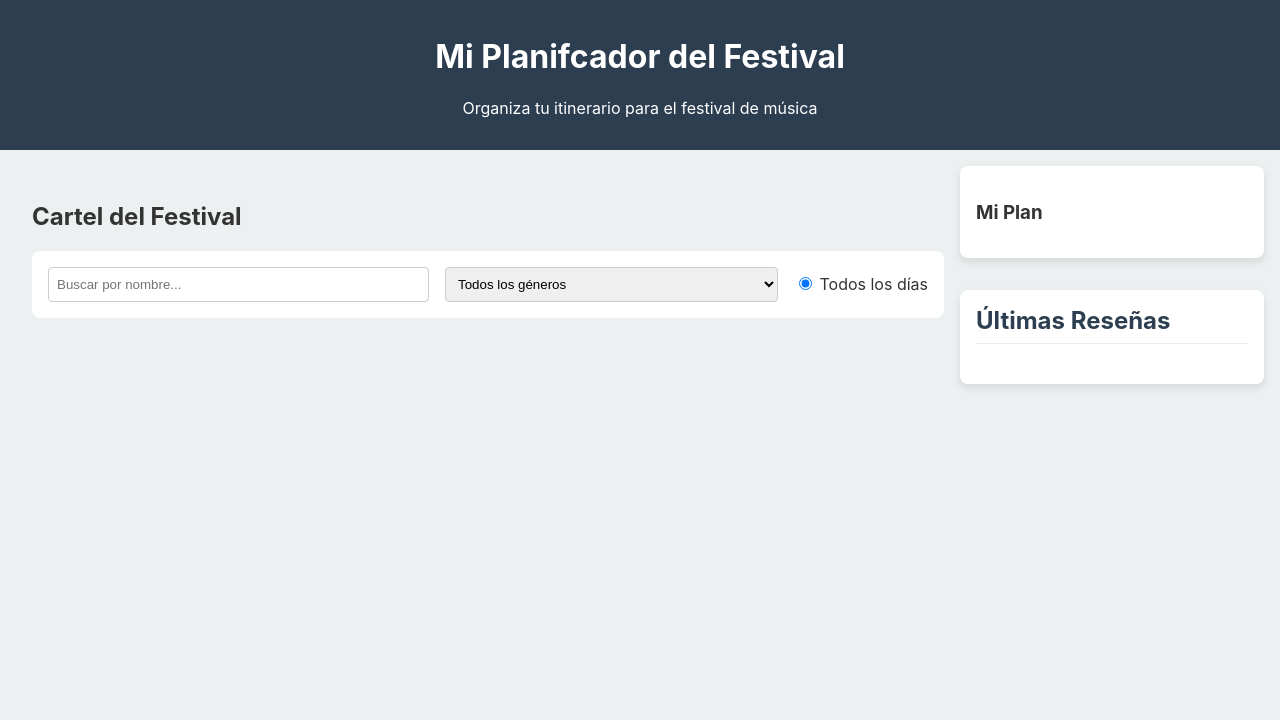
Repository: covaa15/DWEC
Page: Examen12_12_2025/index.html
The author's editor kept a copy of each file at every save. The page is drawn from the files as they stood at one save, then again after the next save.
The browser window is 1280 px wide. The pictures show the whole page.

Above is the page before, as saved 2025-12-12 11:24:31.

After the next save:
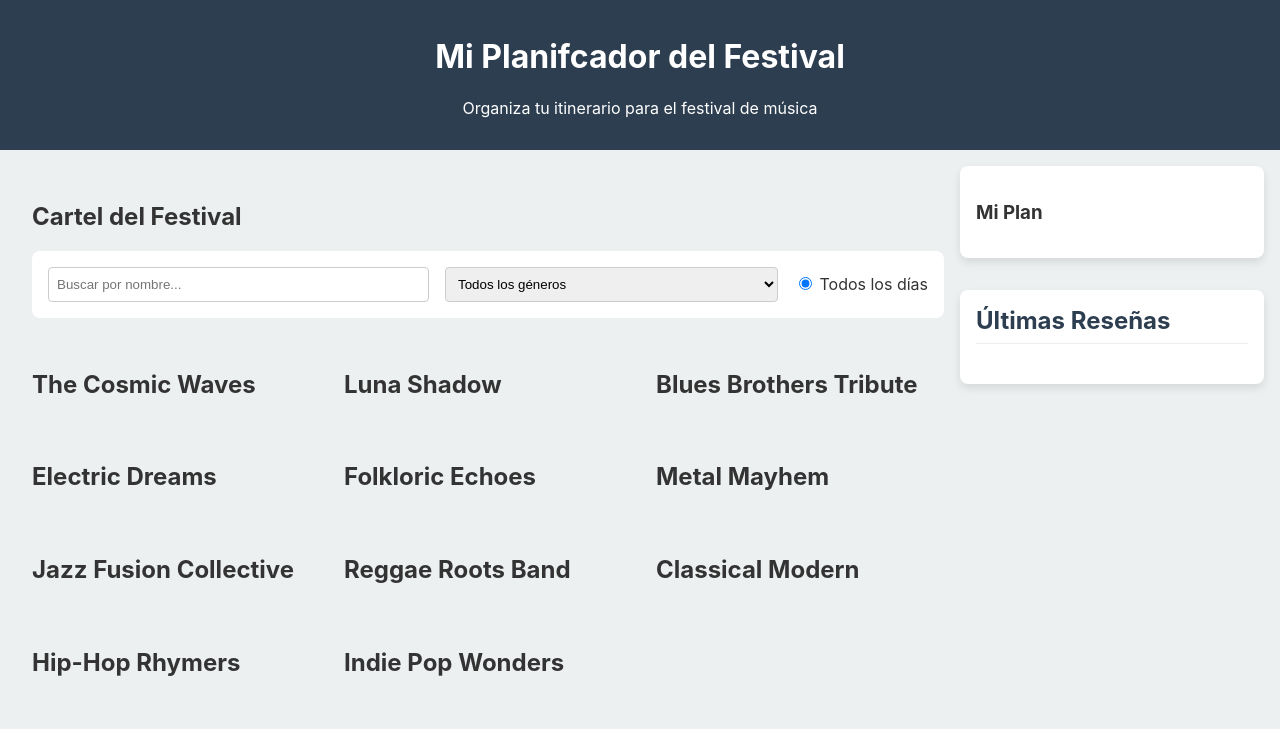
Saved 23 s later.
--- a/Examen12_12_2025/js/main.js
+++ b/Examen12_12_2025/js/main.js
@@ -12,7 +12,7 @@ function cargarArtistas(ruta) {
         .then(res => res.json())
         .then(data => {
             artistas = data;
-            //mostrarProductos(productos);
+            mostrarArtistas(artistas);
         })
         .catch(error => console.log("Error al cargar productos:", error));
 
